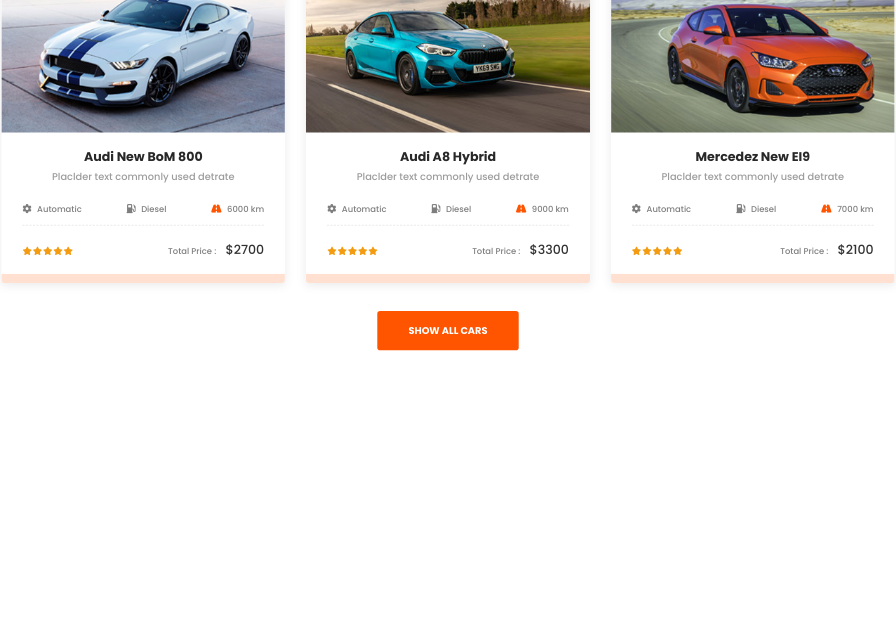
Repository: thanhdinh01/shopcar
Page: index.html
The author's editor kept a copy of each file at every save. The page is drawn from the files as they stood at one save, then again after the next save.
The browser window is 1280 px wide. The pictures show the part of the page from y = 2316 to 4236 px (the page is 3236 px tall before and 4236 px after), at 70% of full size.
Some web libraries are served in a nearby version. The style sheet was rebuilt from its Sass, Less or Tailwind sources for each picture, by a compiler version that may differ from the author's.

Above is the page before, as saved 2022-08-17 20:12:56.

After the next save:
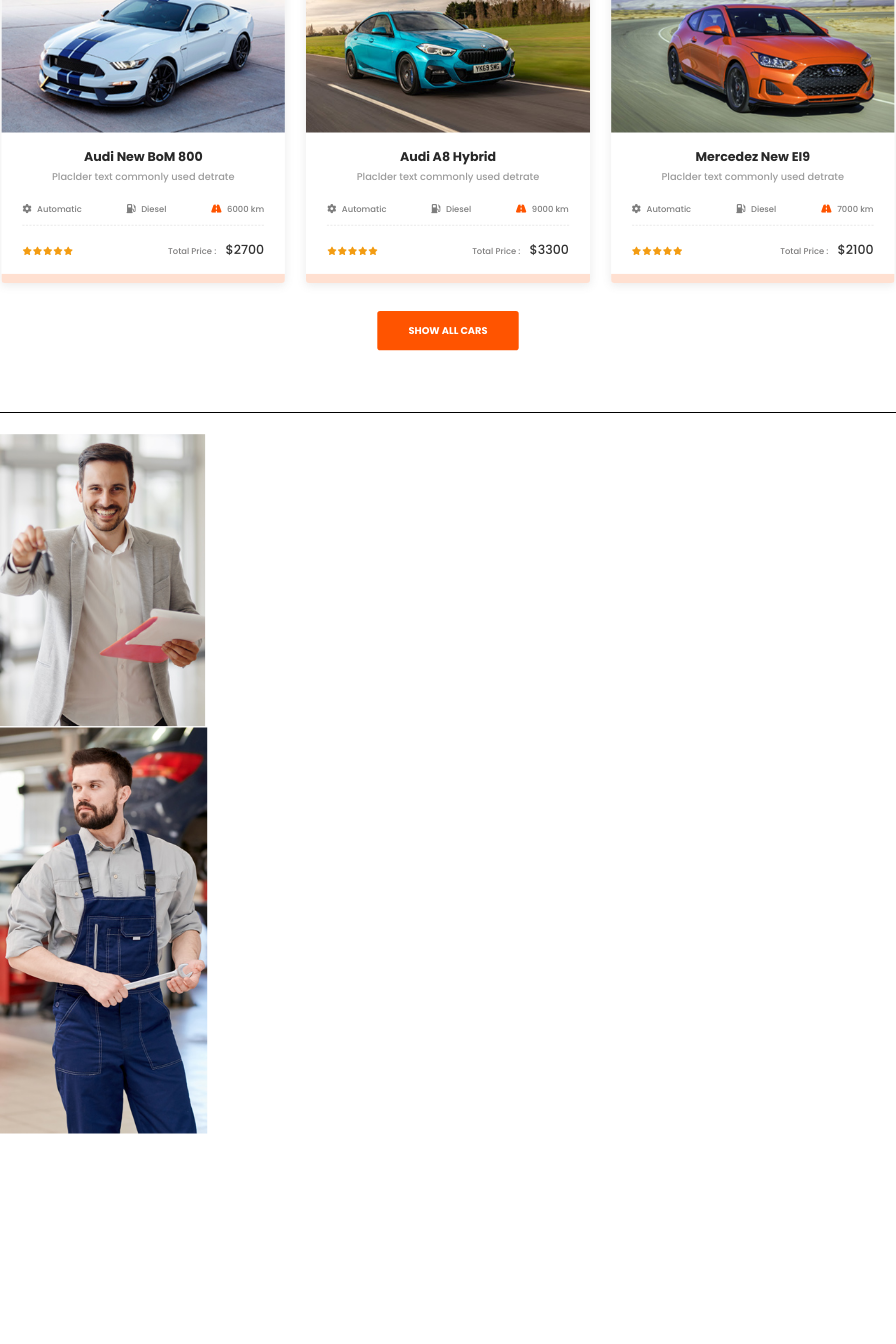
Saved 3 min 29 s later.
--- a/index.html
+++ b/index.html
@@ -428,6 +428,16 @@
         </div>
       </div>
       <!-- About area -->
+      <div class="about-area">
+        <div class="about-area-img">
+          <div class="img-item">
+            <img src="./images/about-company/about_img01.jpg" alt="" />
+          </div>
+          <div class="img-item">
+            <img src="./images/about-company/about_img02.jpg" alt="" />
+          </div>
+        </div>
+      </div>
     </div>
     <!-- javasript -->
     <script src="./js/app.js"></script>
